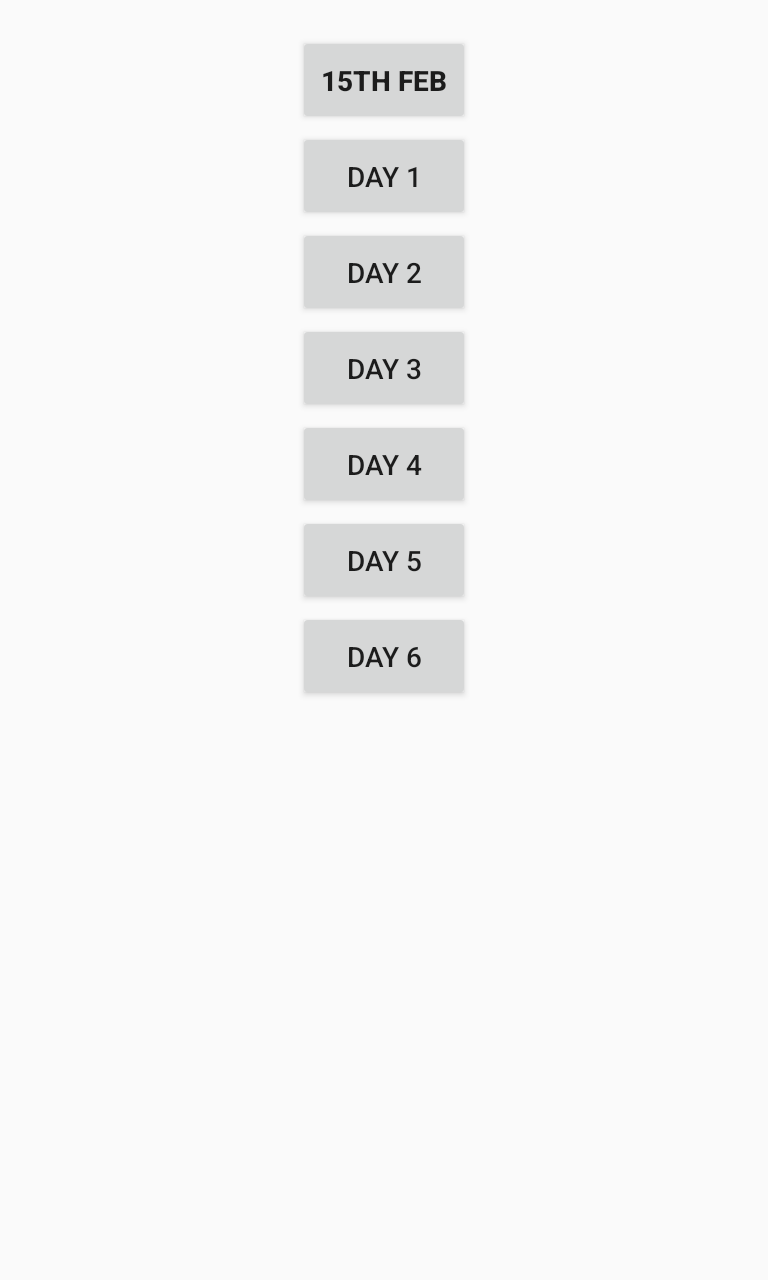
Repository: Attaphon1996/Engineering-Stuff
Layout: OSource/Android Play/Android_Projects/YASH15.0/res/layout/activity_main.xml
These files come from the project's save history. The layout is drawn as it stood at one moment and after the next save; the edit follows.
It is drawn on a 768 x 1280 px phone screen (xhdpi) without system bars, with theme AppTheme; the app's code is not run.

Above is the layout before, as saved 2015-02-08 04:44:28.

### OSource/Android Play/Android_Projects/YASH15.0/res/layout/activity_main.xml
<LinearLayout xmlns:android="http://schemas.android.com/apk/res/android"
    xmlns:tools="http://schemas.android.com/tools"
    android:layout_width="match_parent"
    android:layout_height="match_parent"
    android:paddingBottom="@dimen/activity_vertical_margin"
    android:paddingLeft="@dimen/activity_horizontal_margin"
    android:paddingRight="@dimen/activity_horizontal_margin"
    android:paddingTop="@dimen/activity_vertical_margin"
    tools:context="com.mundheyrohan.yash15.MainActivity"
    android:orientation="vertical"
    >

    <Button
        android:id="@+id/day0"
        android:layout_width="wrap_content"
        android:layout_height="wrap_content"
        android:text="@string/day0"

        android:layout_gravity="center" />
    <Button
        android:id="@+id/day1"
        android:layout_width="wrap_content"
        android:layout_height="wrap_content"
        android:text="@string/day1"
        android:layout_gravity="center" />
    <Button
        android:id="@+id/day2"
        android:layout_width="wrap_content"
        android:layout_height="wrap_content"
        android:text="@string/day2"
        android:layout_gravity="center" />
    <Button
        android:id="@+id/day3"
        android:layout_width="wrap_content"
        android:layout_height="wrap_content"
        android:text="@string/day3"
        android:layout_gravity="center" />
    <Button
        android:id="@+id/day4"
        android:layout_width="wrap_content"
        android:layout_height="wrap_content"
        android:text="@string/day4"
        android:layout_gravity="center" />
    <Button
        android:id="@+id/day5"
        android:layout_width="wrap_content"
        android:layout_height="wrap_content"
        android:text="@string/day5"
        android:layout_gravity="center" />
    <Button
        android:id="@+id/day6"
        android:layout_width="wrap_content"
        android:layout_height="wrap_content"
        android:text="@string/day6"
        android:layout_gravity="center" />

</LinearLayout>

### OSource/Android Play/Android_Projects/YASH15.0/res/values/strings.xml
<?xml version="1.0" encoding="utf-8"?>
<resources>

    <string name="app_name">YASH 15.0</string>
    <string name="hello_world">Hello world!</string>
    <string name="action_settings">Settings</string>
    <string name="day0"><b>15th Feb</b></string>
    <string name="day1">DAY 1</string>
    <string name="day2">DAY 2</string>
    <string name="day3">DAY 3</string>
    <string name="day4">DAY 4</string>
    <string name="day5">DAY 5</string>
    <string name="day6">DAY 6</string>
    <string name="technical">Technical</string>
    <string name="cultural">Cultural</string>
    <string name="sports">Sports</string>


</resources>

Loaded but not shown: OSource/Android Play/Android_Projects/YASH15.0/res/values/styles.xml (common file); OSource/Android Play/Android_Projects/YASH15.0/res/values-v11/styles.xml (common file); OSource/Android Play/Android_Projects/YASH15.0/res/values-v14/styles.xml (common file); OSource/Android Play/Android_Projects/YASH15.0/res/values/dimens.xml (common file); OSource/Android Play/Android_Projects/YASH15.0/res/values-w820dp/dimens.xml (common file)

After the next save:
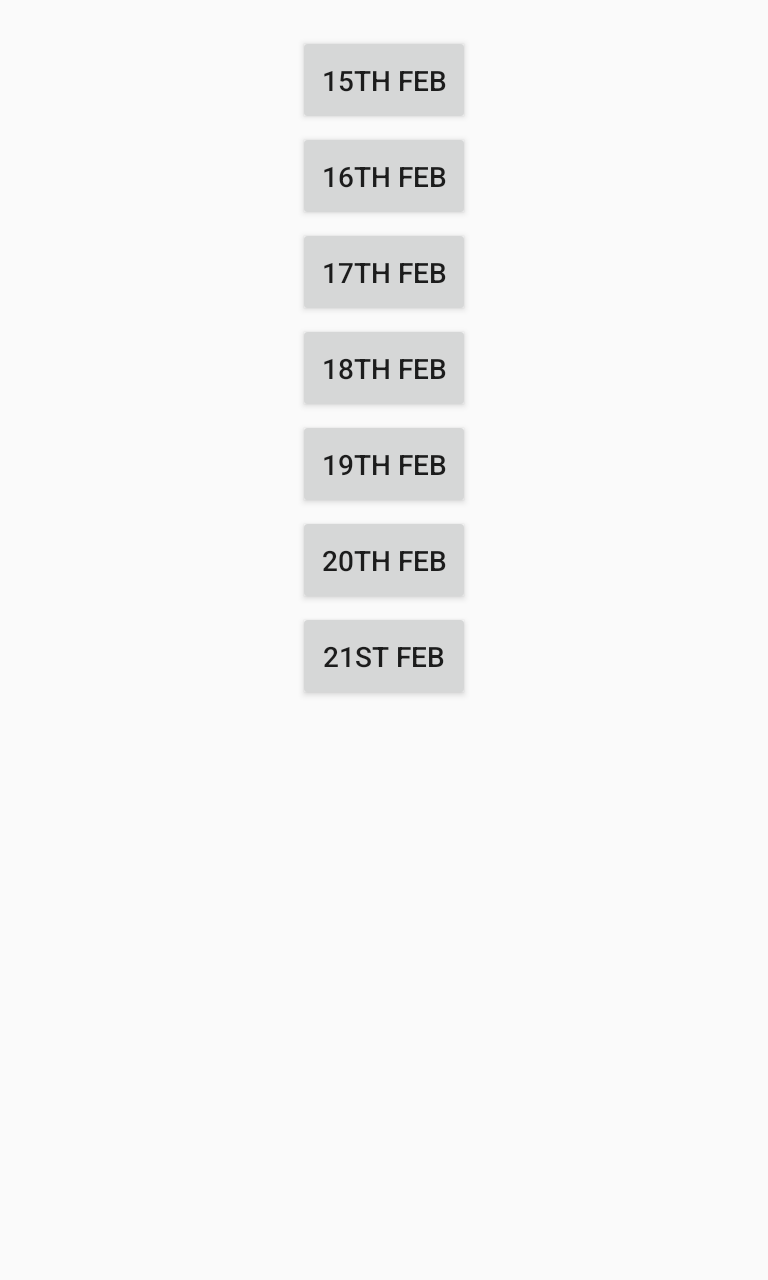
Saved 70 s later.
--- a/OSource/Android Play/Android_Projects/YASH15.0/res/values/strings.xml
+++ b/OSource/Android Play/Android_Projects/YASH15.0/res/values/strings.xml
@@ -4,13 +4,13 @@
     <string name="app_name">YASH 15.0</string>
     <string name="hello_world">Hello world!</string>
     <string name="action_settings">Settings</string>
-    <string name="day0"><b>15th Feb</b></string>
-    <string name="day1">DAY 1</string>
-    <string name="day2">DAY 2</string>
-    <string name="day3">DAY 3</string>
-    <string name="day4">DAY 4</string>
-    <string name="day5">DAY 5</string>
-    <string name="day6">DAY 6</string>
+    <string name="day0">15th Feb</string>
+    <string name="day1">16th Feb</string>
+    <string name="day2">17th Feb</string>
+    <string name="day3">18th Feb</string>
+    <string name="day4">19th Feb</string>
+    <string name="day5">20th Feb</string>
+    <string name="day6">21st Feb</string>
     <string name="technical">Technical</string>
     <string name="cultural">Cultural</string>
     <string name="sports">Sports</string>
